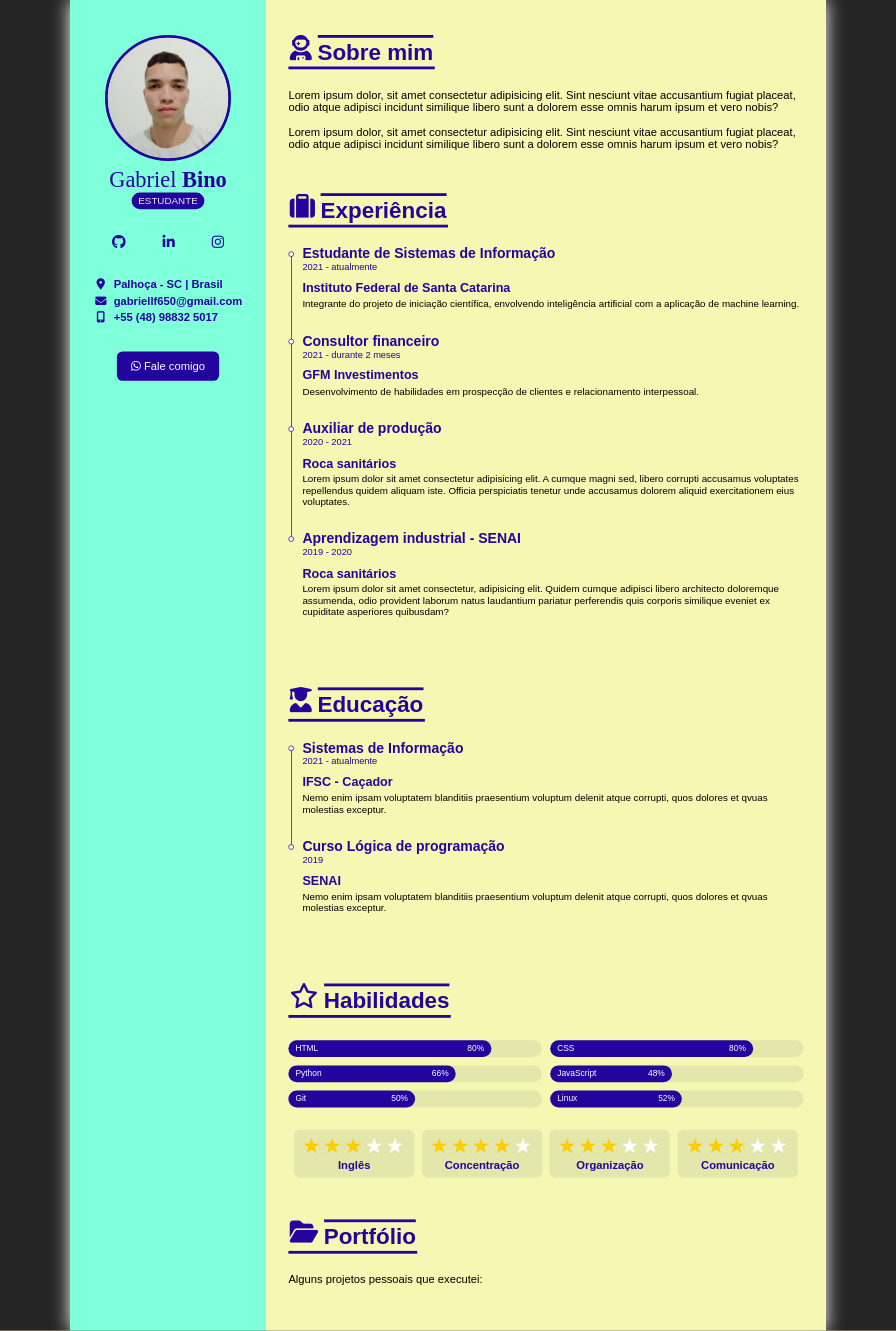
Repository: gabrielbino/projects-dio
Page: curriculoResponsivo/index.html
The author's editor kept a copy of each file at every save. The page is drawn from the files as they stood at one save, then again after the next save.
The browser window is 1280 px wide. The pictures show the whole page, at 70% of full size.
Some web libraries are served in a nearby version.

Above is the page before, as saved 2021-10-19 11:47:25.

After the next save:
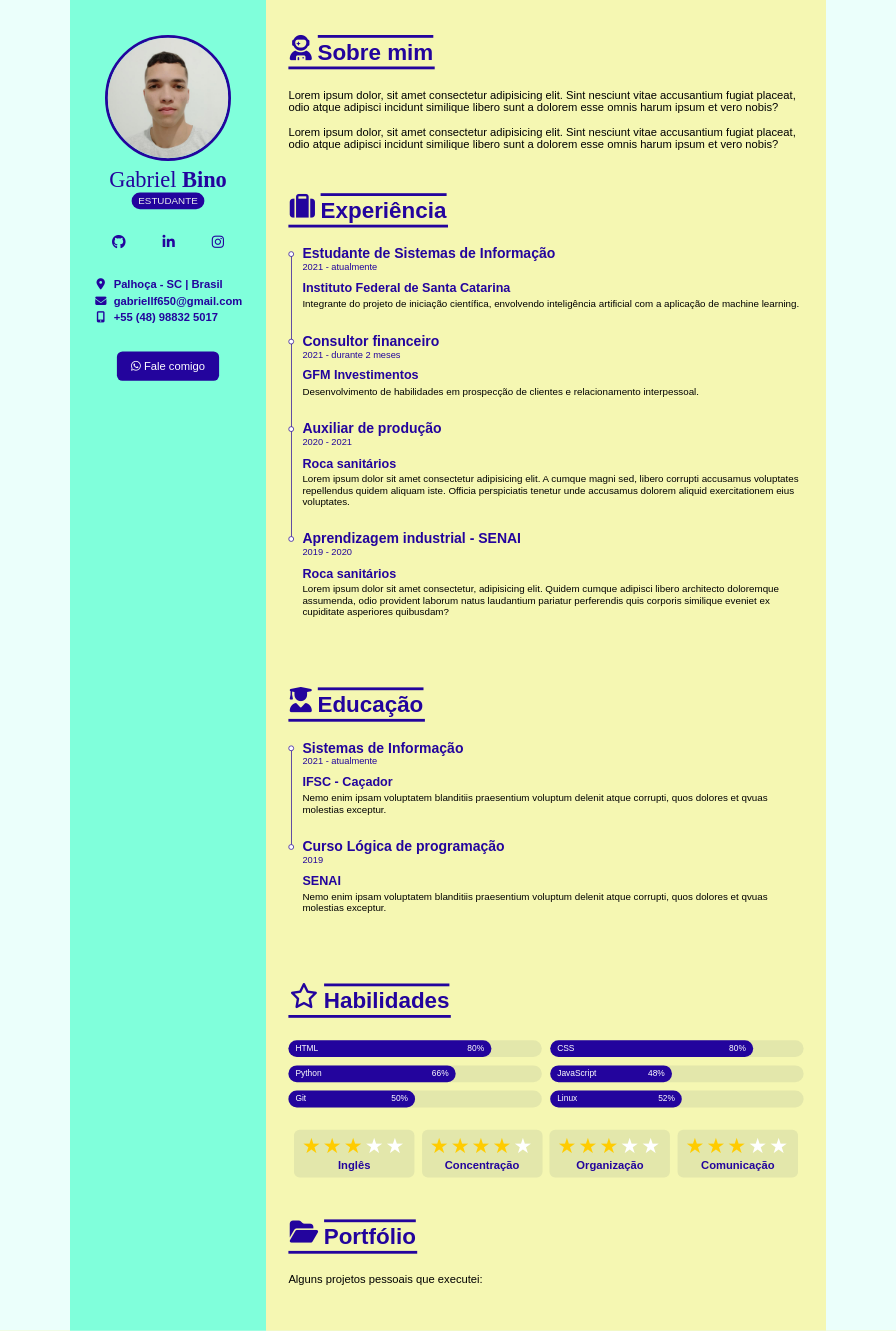
Saved 20 s later.
--- a/curriculoResponsivo/css/style.css
+++ b/curriculoResponsivo/css/style.css
@@ -9,14 +9,14 @@ img {
 }
 
 body {
-  background-color: #252525;
+  background-color: #ebfffb;
   color: black;
   font-family: "Fira Sans", sans-serif;
 }
 
 main {
-  background-color: #252525;
-  box-shadow: 0 0 1.5rem snow;
+  background-color: #ebfffb;
+  box-shadow: 0 0 1.5rem rgba(255, 255, 255, 0.1);
   display: flex;
   margin: 0 auto;
   max-width: 1080px;
